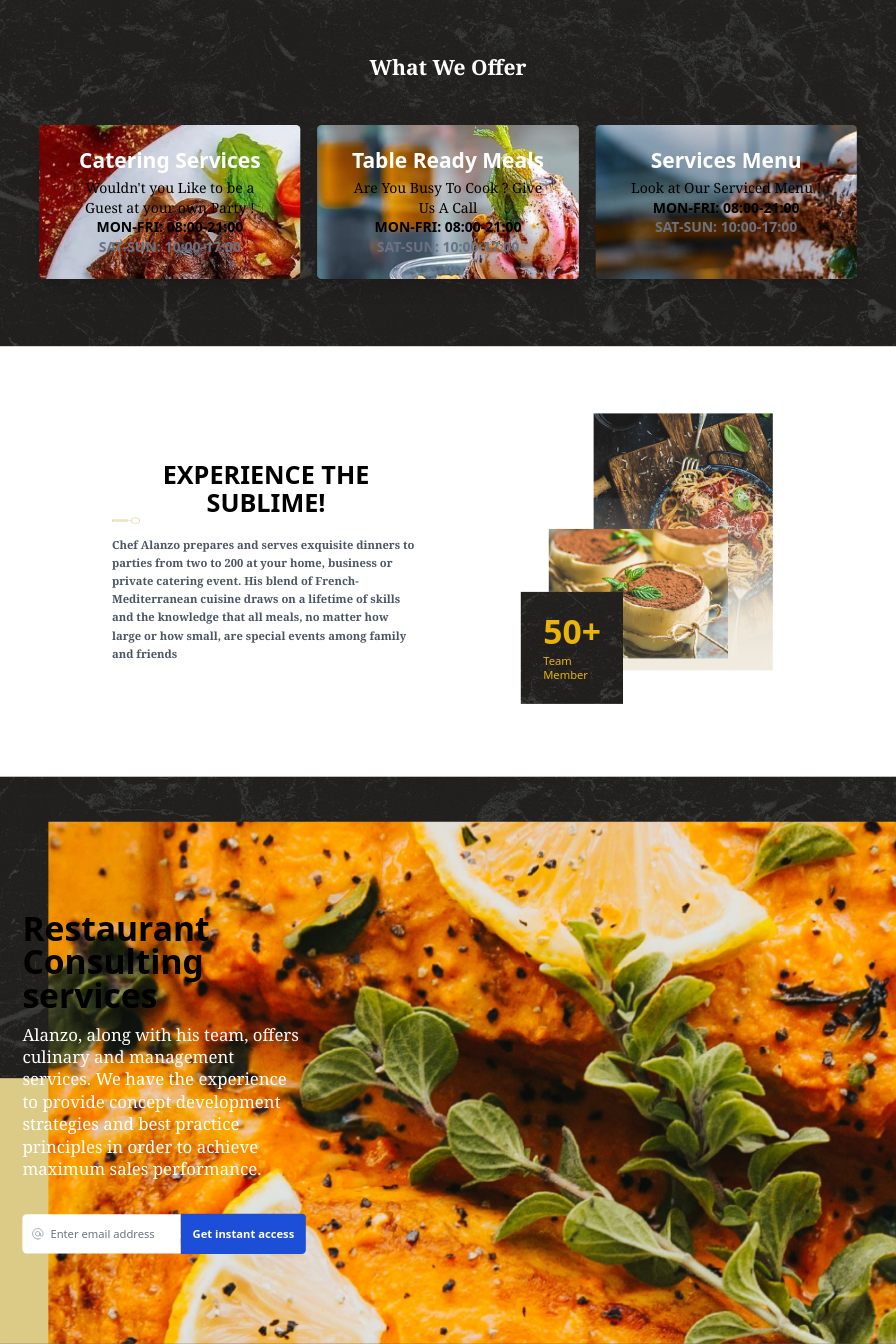
Repository: remydev47/alanzo
Page: /
The author's editor kept a copy of each file at every save. The page is drawn from the files as they stood at one save, then again after the next save.
The browser window is 1280 px wide. The pictures show the part of the page from y = 821 to 2741 px (the page is 2741 px tall), at 70% of full size.
The project was rebuilt for these pictures with package versions that can differ from the ones it lists, and the page was loaded fresh each time. The framework's server and built-in components were replaced by stand-ins that run in the browser. Also part of the build but not shown: next.config.js, components/Catering.tsx, components/Menu.tsx, components/Testimonials.tsx, components/CTA.tsx, components/Footer.tsx.

Above is the page before, as saved 2022-12-17 12:46:27.

### pages/_app.tsx
import '../styles/globals.css'
import type { AppProps } from 'next/app'
import Navbar from '../components/Navbar'

function MyApp({ Component, pageProps }: AppProps) {
  return (
    <>

      <Component {...pageProps} />
    </>
  )
}

export default MyApp

### pages/index.tsx
import type { NextPage } from 'next'
import Head from 'next/head'
import Image from 'next/image'
import { Aboutus, Consulting, Hero, Services } from '../components'
import Navbar from '../components/Navbar'


const Home: NextPage = () => {
  return (
    <div className="bg-[url('/images/bg_2.jpg')]">
      <Head>
        <title>Avantos</title>
        <link rel="icon" href="/favicon.ico" />
      </Head>
      <Navbar />
      <Hero />
      <Services />
      <Aboutus />
      <Consulting />

    </div>
  )
}

export default Home

### components/index.ts
import Hero from "./Hero";
import Services from "./Services";
import Aboutus from "./Aboutus";
import Consulting from "./Consulting";
import Catering from "./Catering";
import Menu from "./Menu";
import Testimonials from "./Testimonials";
import CTA from "./CTA";
import Footer from "./Footer";

export {
    Hero, Services, CTA, Catering, Consulting, Footer, Menu, Aboutus, Testimonials
}

### components/Navbar.tsx
import React from 'react';
import { navLinks } from '../constants';
import Menupopover from './Menupopover';
import Image from 'next/image';
import Logo from './Logo';
import { Button } from './Button';

const Navbar = () => {
  return (
    <header className="fixed inset-x-0 bg-[url('/images/bg_2.jpg')] z-20 flex justify-between items-center py-2 px-2 shadow-lg dark:bg-slate-900 sm:py-3 sm:px-8">
            <div className='flex grow-0 basis-1/3 md:hidden'>
                <Menupopover />
            </div>

             <div className='flex grow-0 ml-2 justify-center md:justify-start'>
                <Logo />

            </div>


            <ul className="list-none sm:flex hidden justify-end items-center flex-1">
            {navLinks.map((nav, index) => (
                <li
                key={nav.id}
                className={`font-bold cursor-pointer text-[16px]
                   ${index === navLinks.length - 1 ? 'mr-0' : 'mr-10'}
                  text-white `}
                >
                    <a>{nav.title}</a>
                </li>
            ))}
           </ul>


        </header>
  )
}

export default Navbar

### components/Hero.tsx
import React from 'react'

const Hero = () => {
  return (
    <section className='relative pt-48 pb-12 xl:pt-60 sm:pb-16 lg:pb-32 xl:pb-48 2xl:pb-56'>
    <div className="absolute inset-0">
     <img className="object-cover w-full h-full" src="/images/hero.jpg" alt="" />
    </div>
   <div className='relative'>
    <div className="px-6 mx-auto sm:px-8 lg:px-12 max-w-7xl">
      <div className="w-full lg:w-2/3 xl:w-1/2">
        <h1 className="font-serif text-xl font-bold tracking-tight text-white text-opacity-70 text-center">Proffesional Catering Services</h1>
        <p className="mt-6 tracking-tighter text-[#656b72]">
          <span className="font-sans font-bold text-6xl">WELCOME TO OUR </span><br />
          <span className="font-serif italic font-BOLD text-7xl">WORLD CLASS CHEF</span>
        </p>
        <p className="mt-8 font-erif text-xl font-serif text-[#fff]">
          Hiring A Proffesional Chef for Family Dinners & Gatherings, Date Nights & Branchs, Parties & Get-togethers, and even Meal for entire Families !
        </p>
      </div>
    </div>
   </div>
  </section>
  )
}

export default Hero

### components/Services.tsx
import React from 'react'
import styles from '../styles'

const Services = () => {
  return (
    <section className={`${styles.paddings} bg-[url('/images/bg_2.jpg')] sm:py-16 lg:py-24`}>
      <div className="px-4 mx-auto max-w-7xl sm:px-6 lg:px-8">
       <div className="max-w-2xl mx-auto text-center">
        <h2 className="text-xl font-bold font-serif leading-tight text-white lg:text-3xl">What We Offer</h2>
       </div>

       <div className="grid max-w-md grid-cols-1 gap-6 mx-auto mt-8 text-center lg:max-w-full lg:mt-16 lg:grid-cols-3">

        <div className="overflow-hidden bg-[url('/images/bg-3.jpg')] shadow-xl border-gray-300 rounded-md">
          <div className="p-8 xl:px-12 flex flex-col items-center justify-center">
             <div className='flex flex-col'>
               <h1 className='text-3xl font-semibold text-[#fff]'>Catering Services</h1>
             </div>
             <h2 className='font-normal text-xl font-serif text-black text-center mt-2'>
               Wouldn't you Like to be a Guest at your own Party !
             </h2>
             <p className='text-xl text-black text-center font-bold'>
               MON-FRI: 08:00-21:00
             </p>
             <p className='text-xl text-gray-500 text-center font-bold'>
               SAT-SUN: 10:00-17:00
             </p>
          </div>
        </div>

        <div className="overflow-hidden bg-[url('/images/bg-4.jpg')] shadow-xl border-gray-300 rounded-md">
          <div className="p-8 xl:px-12 flex flex-col items-center justify-center">
             <div className='flex flex-col'>
               <h1 className='text-3xl font-semibold text-[#fff]'>Table Ready Meals</h1>
             </div>
             <h2 className='font-normal text-xl font-serif text-black text-center mt-2'>
               Are You Busy To Cook ? Give Us A Call
             </h2>
             <p className='text-xl text-black text-center font-bold'>
               MON-FRI: 08:00-21:00
             </p>
             <p className='text-xl text-gray-500 text-center font-bold'>
               SAT-SUN: 10:00-17:00
             </p>
          </div>
        </div>

        <div className="overflow-hidden bg-[url('/images/bg-5.jpg')] shadow-xl border-gray-300 rounded-md">
          <div className="p-8 xl:px-12 flex flex-col items-center justify-center">
             <div className='flex flex-col'>
               <h1 className='text-3xl font-semibold text-[#fff]'>Services Menu</h1>
             </div>
             <h2 className='font-normal text-xl font-serif text-black text-center mt-2'>
               Look at Our Serviced Menu !
             </h2>
             <p className='text-xl text-black text-center font-bold'>
               MON-FRI: 08:00-21:00
             </p>
             <p className='text-xl text-gray-500 text-center font-bold'>
               SAT-SUN: 10:00-17:00
             </p>
          </div>
        </div>



       </div>
      </div>
    </section>
  )
}

export default Services

### components/Aboutus.tsx
import React from 'react'

const Aboutus = () => {
  return (
    <section className="py-6 bg-[#fff] sm:py-16 lg:py-24">
      <div className="max-w-5xl px-4 mx-auto sm:px-6 lg:px-8">
       <div className="grid items-center grid-cols-1 gap-y-6 md:grid-cols-2 md:gap-x-20">
          <div className="">
                <h1 className='text-4xl font-semibold text-black text-center'>EXPERIENCE THE SUBLIME!</h1>
                <h2 className="text-4xl font-bold leading-tight text-black sm:text-4xl lg:text-4xl">
                  <img src='/images/spoon.png' />
                </h2>
                <p className="mt-4 text-base font-serif leading-relaxed text-gray-600 font-semibold">
                 Chef Alanzo prepares and serves exquisite dinners to parties from two to 200 at your home, business or private catering event. His blend of French-Mediterranean cuisine draws on a lifetime of skills and the knowledge that all meals, no matter how large or how small, are special events among family and friends
                </p>
          </div>
          <div className=" pl-20 pr-6 sm:pl-6 md:px-0">
                <div className="relative w-full max-w-xs mt-4 mb-10 ml-auto">
                 <img className="relative -top-4 -left-4" src="/images/bg-8.png" alt="" />



                    <div className="absolute -bottom-10 -left-16 m-2">


                          <div className="px-8 py-8 bg-[url('/images/bg_2.jpg')]">
                               <span className="block text-4xl font-bold text-yellow-500 lg:text-5xl"> 50+ </span>
                                <span className="block mt-2 text-base leading-tight text-yellow-500"> Team<br />Member</span>
                            </div>
                    </div>
                </div>
            </div>
       </div>
      </div>
    </section>
  )
}

export default Aboutus

### components/Consulting.tsx
import React from 'react'

const Consulting = () => {
  return (
    <section className="mt-16 relative py-10 overflow-hidden sm:py-16 lg:py-24 xl:py-32">
    <div className="absolute inset-0">
      <img className="object-cover w-full h-full md:object-left md:scale-150 md:origin-top-left" src="/images/welcome.png" alt="" />
   </div>
  <div className="relative px-4 mx-auto sm:px-6 lg:px-8 max-w-7xl">
     <div className="text-center md:w-2/3 lg:w-1/2 xl:w-1/3 md:text-left">
         <h2 className="text-3xl font-bold leading-tight text-black sm:text-4xl lg:text-5xl">Restaurant Consulting services</h2>
         <p className="mt-4 text-2xl text-white font-serif">
          Alanzo, along with his team, offers culinary and management services. We have the experience to provide concept development strategies and best practice principles in order to achieve maximum sales performance.
         </p>

         <form action="#" method="POST" className="mt-8 lg:mt-12">
             <div className="flex flex-col items-center sm:flex-row sm:justify-center">
                 <div className="flex-1 w-full min-w-0 px-4 sm:px-0">
                     <div className="relative text-gray-400 focus-within:text-gray-600">
                         <label htmlFor="email" className="sr-only"></label>
                         <label htmlFor="email" className="sr-only"></label>
                         <div className="absolute inset-y-0 left-0 flex items-center pl-3 pointer-events-none">
                             <svg className="w-5 h-5" xmlns="http://www.w3.org/2000/svg" fill="none" viewBox="0 0 24 24" stroke="currentColor">
                                 <path stroke-linecap="round" stroke-linejoin="round" stroke-width="1.5" d="M16 12a4 4 0 10-8 0 4 4 0 008 0zm0 0v1.5a2.5 2.5 0 005 0V12a9 9 0 10-9 9m4.5-1.206a8.959 8.959 0 01-4.5 1.207" />
                             </svg>
                         </div>
                         <input
                             type="email"
                             name="email"
                             id="email"
                             placeholder="Enter email address"
                             className="block w-full py-4 pl-10 pr-4 text-base text-black placeholder-gray-500 transition-all duration-200 border-gray-200 rounded-md sm:rounded-r-none caret-blue-600 focus:border-blue-600 focus:ring-1 focus:ring-blue-600"
                             required
                         />

                     </div>
                 </div>

                 <button type="submit" className="inline-flex items-center justify-center flex-shrink-0 w-auto px-4 py-4 mt-4 font-semibold text-white transition-all duration-200 bg-blue-700 border border-transparent rounded-md sm:mt-0 sm:rounded-l-none sm:w-auto hover:bg-blue-700 focus:bg-blue-700">
                     Get instant access
                 </button>
             </div>
         </form>
     </div>
  </div>
  </section>
  )
}

export default Consulting

### constants/index.ts
export const navLinks =[
    {
        id:"menu",
        title:"MENU",
    },
    {
        id:"services",
        title:"SERVICES",
    },
    {
        id:"privatechef",
        title:"PRIVATE CHEF",
    },
    {
        id:"catering",
        title:"CATERING",
    },
    {
        id:"aboutus",
        title:"ABOUT",
    },
    {
        id:"contacts",
        title:"CONTACTS",
    },
]

### components/Menupopover.tsx
import React, {useState, Fragment} from 'react';
import { navLinks } from '../constants';
import { IconButton, Button } from './Button';
import { Transition, Dialog } from '@headlessui/react';
import Logo from './Logo';
import Image from 'next/image';

const Menupopover = () => {
  const [isOpen, setIsOpen] = useState(false)

  return (
    <div>
    <IconButton
      variant='ghost'
      aria-label='menu'
      onClick={() => setIsOpen(!isOpen)}
    >
      <svg className='w-6 h-6 ' fill='none' stroke='currentColor'>
        <path
          strokeLinecap='round'
          strokeLinejoin='round'
          strokeWidth={2}
          d='M4 6h16M4 12h16M4 18h16'
        />
      </svg>
    </IconButton>
    <Transition
      show={isOpen}
      appear
      as={Fragment}
      enter='transform transition ease-in-out duration-300'
      enterFrom='-translate-x-full'
      enterTo='translate-x-0'
      leave='transform transition ease-in-out duration-300 delay-200'
      leaveFrom='translate-x-0'
      leaveTo='-translate-x-full'
     >
     <Dialog
       as='div'
       className={`fixed inset-0 z-50`}
       onClose={setIsOpen}
       open={isOpen}
       >
       <Transition.Child
         as={Fragment}
         enter='ease-out duration-300 delay-300'
         enterFrom='opacity-0'
         enterTo='opacity-100'
         leave='ease-in duration-200'
         leaveFrom='opacity-100'
         leaveTo='opacity-0'
       >

        <Dialog.Overlay
          className={`fixed inset-0 bg-black/20 backdrop-blur-sm dark:bg-gray-900/80`}
         />
      </Transition.Child>
       <div className={styles.dialogcontainer}>
        <a className='mx-auto mt-4 flex w-[140px] '>
          <Logo />
        </a>
        <ul
            className={styles.navWrapper2}
         >
            {navLinks.map((nav, index) => (
                <li
                 key={nav.id}
                 className={` font-bold cursor-pointer text-[16px]
                  mt-2 border-t border-slate-200 py-4 dark:border-slate-600
                  ${index === navLinks.length - 1 ? 'mr-0' : 'mb-4'}
                  text-white `}
                >
                 <a href={`#${nav.id}`}>
                    {nav.title}
                 </a>
                </li>
             ))}
         </ul>

        <IconButton
          variant='ghost'
          aria-label='close menu'
          className='absolute top-5 right-5'
          onClick={() => setIsOpen(false)}
        >
          <svg
            viewBox='0 0 10 10'
            className='h-2.5 w-2.5 overflow-visible'
            aria-hidden='true'
          >
            <path
                d='M0 0L10 10M10 0L0 10'
                fill='none'
                stroke='currentColor'
                strokeWidth='2'
                strokeLinecap='round'
              />
          </svg>
        </IconButton>
       </div>
     </Dialog>
    </Transition>
  </div>
  )
}

export default Menupopover;

const styles ={
  dialogcontainer:`fixed top-0 bottom-0 left-0 w-full max-w-xs rounded-r-xl bg-[url('/images/bg_2.jpg')]  p-6 shadow-lg dark:bg-gray-800`,
  menuitems:`group relative flex h-9 items-center oveflow-hidden rounded-md hover:bg-slate-200/50`,
  navWrapper2:`list-none flex flex-col justify-end items-center flex-1`,
}

### components/Logo.tsx
import React from 'react'
import Image from 'next/image'

const Logo = () => {
  return (
    <div>
      <Image
        src='/images/logo.png'
        alt='Alanzo'
        height={60}
        width={150}
      />
    </div>
  )
}

export default Logo

### styles/index.ts
const styles = {
    innerWidth: '2xl:max-w-[1280px] w-full',
    interWidth: 'lg:w-[80%] w-[100%]',

    paddings: 'sm:p-16 xs:p-8 px-6 py-12',
    yPaddings: 'sm:py-16 xs:py-8 py-12',
    xPaddings: 'sm:px-16 px-6',
    topPaddings: 'sm:pt-16 xs:pt-8 pt-12',
    bottomPaddings: 'sm:pb-16 xs:pb-8 pb-12',

    flexCenter: 'flex justify-center items-center',
    flexStart: 'flex justify-start items-start',
    flexEnd: 'flex justify-end',
    navPadding: 'pt-[98px]',

    // hero section
    heroHeading:
        'font-bold lg:text-[144px] md:text-[100px] sm:text-[60px] text-[44px] lg:leading-[158.4px] md:leading-[114.4px] sm:leading-[74.4px] leading-[64.4px] uppercase text-white',
    heroDText:
        'md:w-[212px] sm:w-[80px] w-[60px] md:h-[108px] sm:h-[48px] h-[38px] md:border-[18px] border-[9px] rounded-r-[50px] border-white sm:mx-2 mx-[6px]',
  };

  export default styles;

### components/Button/index.tsx
import React, { forwardRef } from "react";
//import { __DEV__ } from "../../utils/assertions";

type BaseButtonProps = Omit<React.HTMLProps<HTMLButtonElement>, "size">;

/* === Button Element === */

export interface ButtonProps extends BaseButtonProps {
  children: React.ReactNode;
  fullWidth?: boolean;
  className?: string;
  variant?: "solid" | "outline" | "ghost";
  size?: "sm" | "md" | "lg";
  as?: string;
  isExternal?: boolean;
  type?: "button" | "submit" | "reset";
}

export const Button = forwardRef<HTMLButtonElement, ButtonProps>(
  (
    {
      children,
      variant = "solid",
      size = "md",
      fullWidth = false,
      className,
      as = "button",
      isExternal = false,
      ...rest
    },
    ref
  ) => {
    let tempClassNames: string[] = [];

    const sharedClasses = [
      "capitalize",
      "focus:outline-none",
      "focus:ring-2",
      "focus:ring-indigo-400",
      "focus:ring-offset-2",
      "focus:ring-offset-indigo-50",
      "font-semibold",
      "rounded-full",
      "inline-flex",
      "flex-shrink-0",
      "items-center",
      "justify-center",
      "transition-colors",
      "ease-in-out",
      "duration-500",
    ];

    if (fullWidth) sharedClasses.push("w-full");

    // handle variants
    let btnSolid = ["bg-indigo-600", "hover:bg-indigo-700", "text-white"];
    let btnOutline = [
      "dark:text-white",
      "hover:text-indigo-700",
      "hover:dark:text-indigo-700",
      "bg-transparent",
      "hover:bg-indigo-50",
      "border",
      "border-indigo-600",
    ];
    let btnGhost = [
      "bg-transparent",
      "dark:text-white",
      "hover:bg-indigo-50",
      "hover:text-indigo-700",
      "hover:dark:text-indigo-700",
    ];

    if (variant === "solid") {
      tempClassNames = [...sharedClasses, ...btnSolid];
    } else if (variant === "outline") {
      tempClassNames = [...sharedClasses, ...btnOutline];
    } else if (variant === "ghost") {
      tempClassNames = [...sharedClasses, ...btnGhost];
    }

    // handle sizes
    let sizeSm = ["h-8", "px-2", "text-sm"];
    let sizeMd = ["h-10", "px-3"];
    let sizeLg = ["h-12", "px-4", "text-lg"];

    if (size === "sm") {
      tempClassNames = [...tempClassNames, ...sizeSm];
    } else if (size === "md") {
      tempClassNames = [...tempClassNames, ...sizeMd];
    } else if (size === "lg") {
      tempClassNames = [...tempClassNames, ...sizeLg];
    }

    let classes = tempClassNames.join(" ");

    let Element = as ? (
      React.createElement(
        as,
        {
          className: `${classes} ${className}`,
          target: isExternal ? "_blank" : undefined,
          rel: isExternal ? "noopener noreferrer" : undefined,
          ref,
          ...rest,
        },
        children
      )
    ) : (
      <button {...rest} className={`${classes} ${className}`} ref={ref}>
        {children}
      </button>
    );

    return Element;
  }
);

// if (__DEV__) {
//   Button.displayName = "Button";
// }

/* === IconButton Element === */

export interface IconButtonProps extends ButtonProps {
  icon?: React.ReactElement;
  "aria-label": string;
}

export const IconButton = forwardRef<HTMLButtonElement, IconButtonProps>(
  (
    {
      children,
      icon,
      className,
      "aria-label": ariaLabel,
      size = "md",
      ...rest
    },
    ref
  ) => {
    let sharedClasses = ["rounded-full", "!px-0"];

    // handle sizes
    let sizeSm = ["w-8"];
    let sizeMd = ["w-10"];
    let sizeLg = ["w-12"];

    if (size === "sm") {
      sharedClasses = [...sharedClasses, ...sizeSm];
    } else if (size === "md") {
      sharedClasses = [...sharedClasses, ...sizeMd];
    } else if (size === "lg") {
      sharedClasses = [...sharedClasses, ...sizeLg];
    }

    /**
     * Passing the icon as prop or children should work
     */
    const element = icon || children;
    const _children = React.isValidElement(element)
      ? React.cloneElement(element as any, {
          "aria-hidden": true,
          focusable: false,
        })
      : null;

    let classes = sharedClasses.join(" ");
    return (
      <Button
        className={`${classes} ${className}`}
        aria-label={ariaLabel}
        size={size}
        {...rest}
        ref={ref}
      >
        {_children}
      </Button>
    );
  }
)

### tailwind.config.js
/** @type {import('tailwindcss').Config} */
module.exports = {
  content: [
    './pages/**/*.{js,ts,jsx,tsx}',
    './components/**/*.{js,ts,jsx,tsx}',
  ],
  theme: {
    extend: {
      backgroundImage: {
        'bg_2': "url('/images/bg_2.jpg')",
        'bg-3': "url('/images/bg-3.jpg')",
        'bg-4': "url('/images/bg-4.jpg')",
        'bg-5': "url('/images/bg-5.jpg')",
      },
      colors: {
        'primary-black': '#1A232E',
        'secondary-white': '#c7c7c7',
      },
    },
  },
  plugins: [],
}

Loaded but not shown: styles/globals.css (common file)

After the next save:
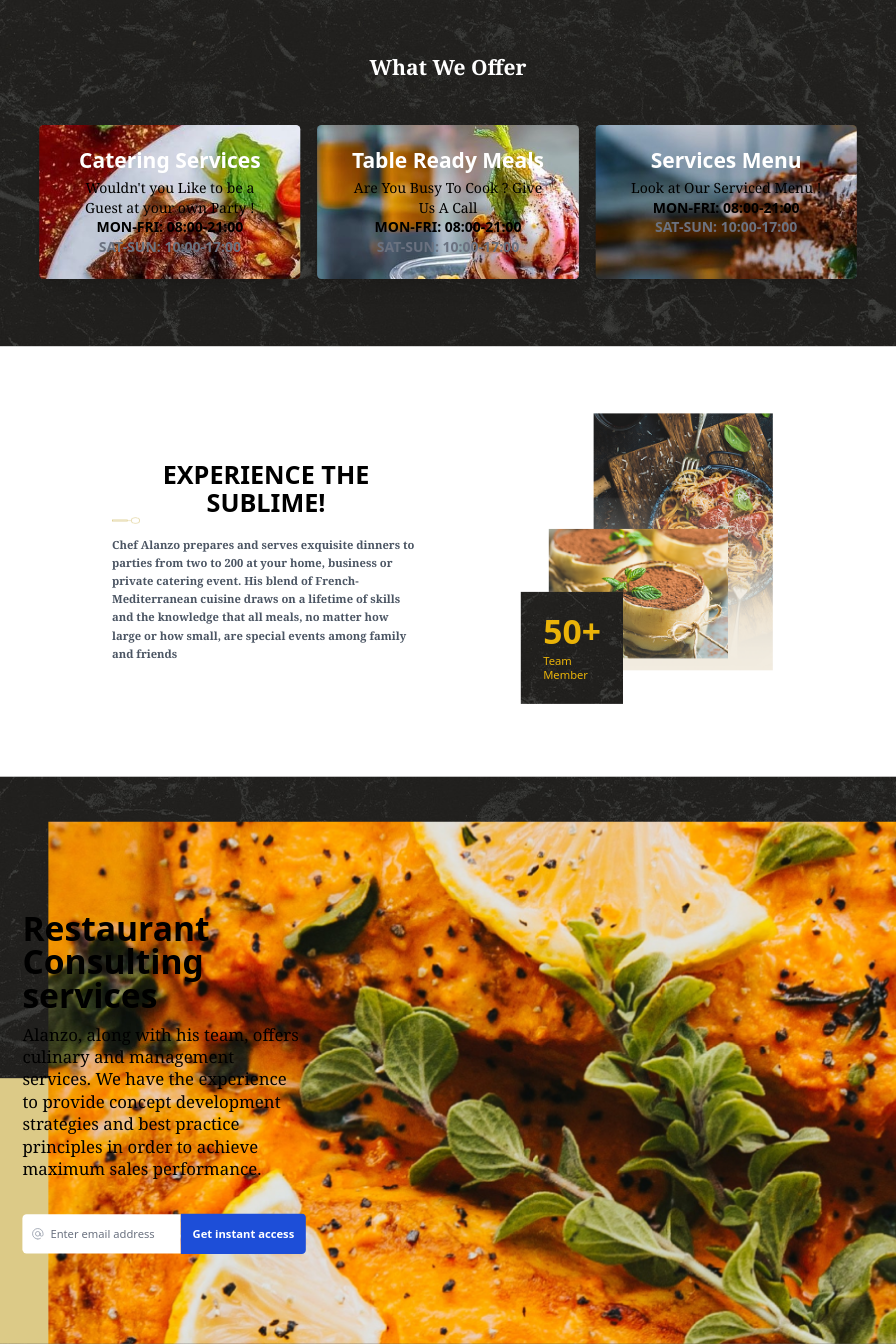
Saved 28 s later.
--- a/components/Consulting.tsx
+++ b/components/Consulting.tsx
@@ -9,7 +9,7 @@ const Consulting = () => {
   <div className="relative px-4 mx-auto sm:px-6 lg:px-8 max-w-7xl">
      <div className="text-center md:w-2/3 lg:w-1/2 xl:w-1/3 md:text-left">
          <h2 className="text-3xl font-bold leading-tight text-black sm:text-4xl lg:text-5xl">Restaurant Consulting services</h2>
-         <p className="mt-4 text-2xl text-white font-serif">
+         <p className="mt-4 text-2xl text-black font-serif">
           Alanzo, along with his team, offers culinary and management services. We have the experience to provide concept development strategies and best practice principles in order to achieve maximum sales performance.
          </p>
 
